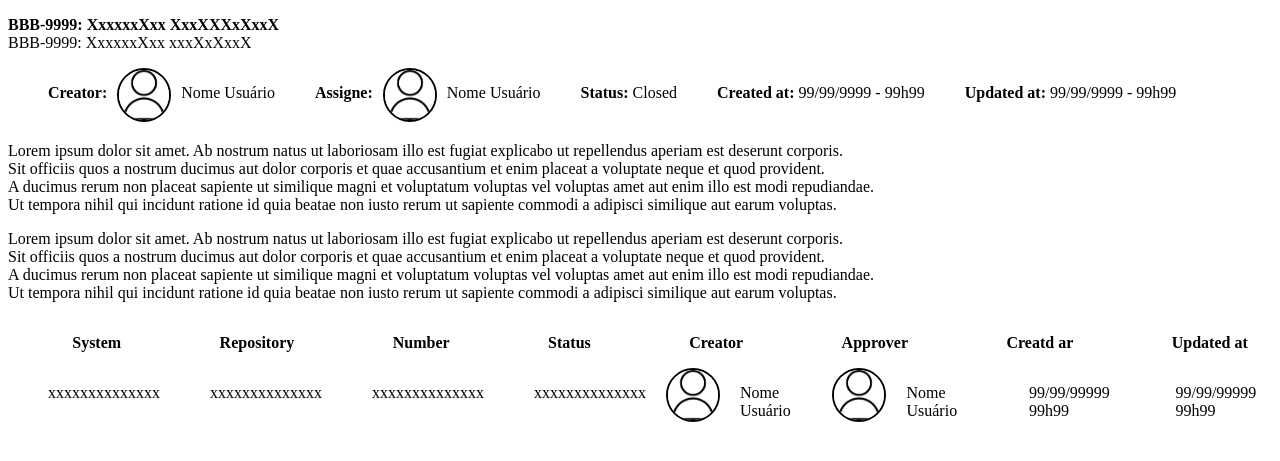
Repository: AnaBerlanda/PaginaFer
Page: index.html
The author's editor kept a copy of each file at every save. The page is drawn from the files as they stood at one save, then again after the next save.
The browser window is 1280 px wide. The pictures show the whole page.

Above is the page before, as saved 2022-05-23 15:25:16.

After the next save:
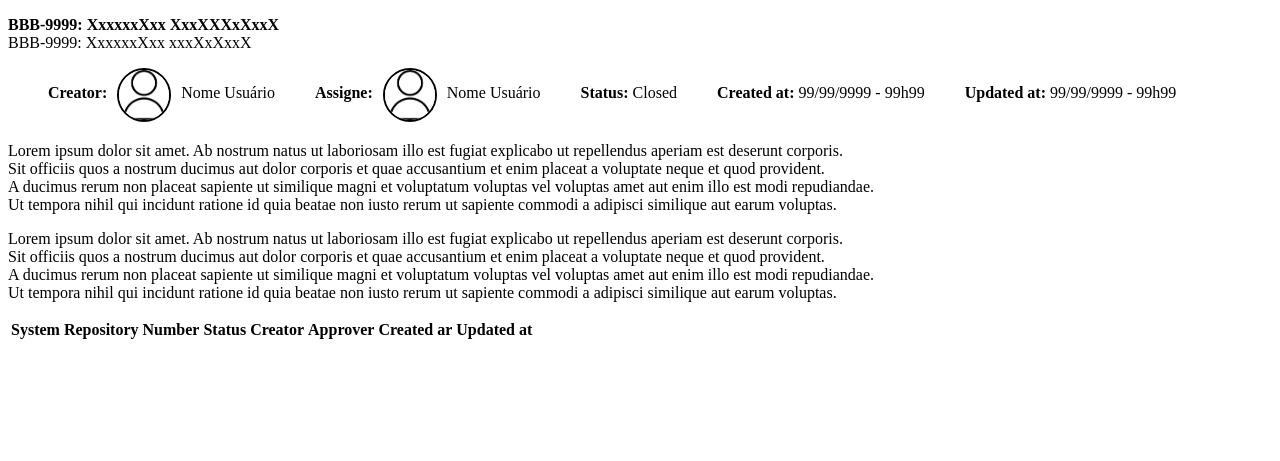
Saved 7 min 45 s later.
--- a/index.html
+++ b/index.html
@@ -47,65 +47,17 @@
     <p>
         Lorem ipsum dolor sit amet. Ab nostrum natus ut laboriosam illo est fugiat explicabo ut repellendus aperiam est deserunt corporis.<br> Sit officiis quos a nostrum ducimus aut dolor corporis et quae accusantium et enim placeat a voluptate neque et quod provident.<br> A ducimus rerum non placeat sapiente ut similique magni et voluptatum voluptas vel voluptas amet aut enim illo est modi repudiandae.<br> Ut tempora nihil qui incidunt ratione id quia beatae non iusto rerum ut sapiente commodi a adipisci similique aut earum voluptas.
     </p>
-    <div class="main-container">
-        <div class="textos">
-        <p class="sub-titulos"><strong>System</strong></p>
-        </div>
-        <div class="textos">
-            <p class="sub-titulos"><strong>Repository</strong></p>
-        </div>
-        <div class="textos">
-            <p class="sub-titulos"><strong>Number</strong></p>
-        </div>
-        <div class="textos">
-            <p class="sub-titulos"><strong>Status</strong></p>
-        </div>
-        <div class="textos">
-            <p class="sub-titulos"><strong>Creator</strong></p>
-        </div>
-        <div class="textos">
-            <p class="sub-titulos"><strong>Approver</strong></p>
-        </div>
-        <div class="textos">
-            <p class="sub-titulos"><strong>Creatd ar</strong></p>
-        </div>
-        <div class="textos">
-            <p class="sub-titulos"><strong>Updated at</strong></p>
-        </div>
-    </div>
-    <div class="main-container">
-        <div class="textos">
-            <p class="sub-titulos">xxxxxxxxxxxxxx</p>
-        </div>
-        <div class="textos">
-            <p class="sub-titulos">xxxxxxxxxxxxxx</p>
-        </div>
-        <div class="textos">
-            <p class="sub-titulos">xxxxxxxxxxxxxx</p>
-        </div>
-        <div class="textos">
-            <p class="sub-titulos">xxxxxxxxxxxxxx</p>
-        </div>
-        <div class="imagem">
-            <img src="imagem/Icone-usuario-Png-1024x1024.png">
-        </div>
-        <div class="nome-usuario">
-            <p>Nome Usuário</p>
-        </div>
-        <div class="imagem">
-            <img src="imagem/Icone-usuario-Png-1024x1024.png">
-        </div>
-        <div class="nome-usuario">
-            <p>Nome Usuário</p>
-        </div>
-        <div class="textos">
-            <p class="sub-titulos">99/99/99999 99h99</p>
-        </div>
-        <div class="textos">
-            <p class="sub-titulos">99/99/99999 99h99</p>
-        </div>
-
-    </div>
+    <table class="tabela">
+        <tr>
+            <th>System</th>
+            <th>Repository</th>
+            <th>Number</th>
+            <th>Status</th>
+            <th>Creator</th>
+            <th>Approver</th>
+            <th>Created ar</th>
+            <th>Updated at</th>
+        </tr>
 
 
 
